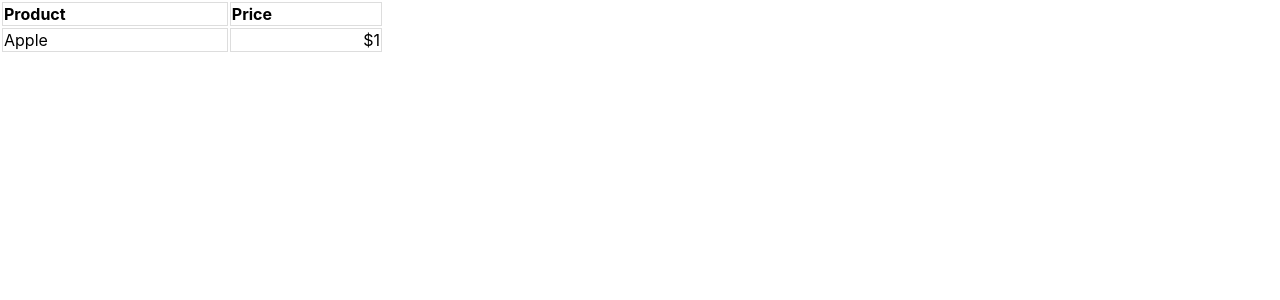
Repository: mariocapitbrok/reactjs-learn
Page: / (app in 05_filtered-data-table/)
The author's editor kept a copy of each file at every save. The page is drawn from the files as they stood at one save, then again after the next save.
The browser window is 1280 px wide. The pictures show the whole page.
The project was rebuilt for these pictures with package versions that can differ from the ones it lists, and the page was loaded fresh each time.

Above is the page before, as saved 2023-02-25 20:46:43.

### 05_filtered-data-table/src/App.js
import ProductRow from './components/ProductRow'
import './App.css'

function App() {
  return (
    <div className="App">
      <ProductRow />
    </div>
  )
}

export default App

### 05_filtered-data-table/src/components/ProductRow.jsx
import styled from 'styled-components'
import '../App.css'

function ProductRow() {
  return (
    <Table>
      <Thead>
        <Tr>
          <Th>Product</Th>
          <Th>Price</Th>
        </Tr>
      </Thead>
      <Tbody>
        <Tr>
          <Td>{product.name}</Td>
          <TdPrice>{product.price}</TdPrice>
        </Tr>
      </Tbody>
    </Table>
  )
}

export default ProductRow

const Table = styled.table.attrs(props => ({
  id: 'products',
}))``
const Thead = styled.thead.attrs(props => ({}))``
const Tbody = styled.tbody.attrs(props => ({}))``
const Tr = styled.tr.attrs(props => ({}))``
const Th = styled.th.attrs(props => ({}))``
const Td = styled.td.attrs(props => ({}))``

const TdPrice = styled(Td).attrs({
  className: 'money-data',
})``

const product = {
  category: 'Fruits',
  price: '$1',
  stocked: true,
  name: 'Apple',
}

### 05_filtered-data-table/src/App.css

#products {
  width: 30%;
  min-width: 200px;
}

#products th {
  text-align: left;
}

#products th, #products td {
  border: 1px solid #ddd;
}

.money-data {
  text-align: right;
}

Loaded but not shown: 05_filtered-data-table/public/index.html (common file); 05_filtered-data-table/src/index.js (common file); 05_filtered-data-table/src/index.css (common file); 05_filtered-data-table/src/reportWebVitals.js (common file)

After the next save:
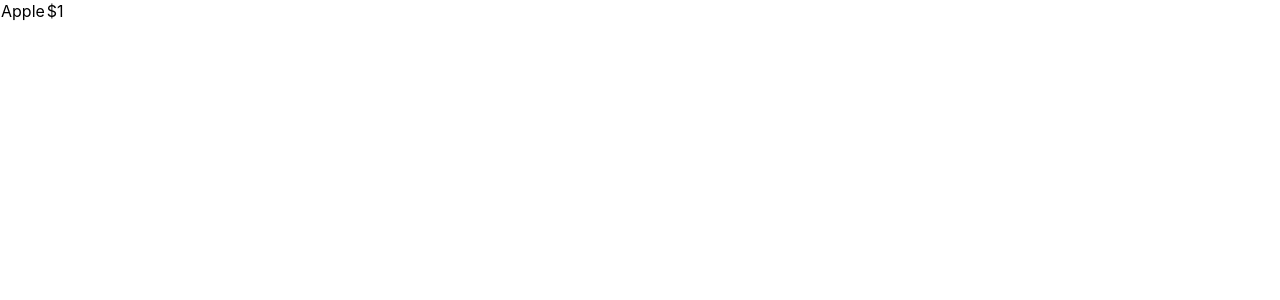
Saved 3 min 19 s later.
--- a/05_filtered-data-table/src/components/ProductRow.jsx
+++ b/05_filtered-data-table/src/components/ProductRow.jsx
@@ -3,20 +3,10 @@
 
 function ProductRow() {
   return (
-    <Table>
-      <Thead>
-        <Tr>
-          <Th>Product</Th>
-          <Th>Price</Th>
-        </Tr>
-      </Thead>
-      <Tbody>
-        <Tr>
-          <Td>{product.name}</Td>
-          <TdPrice>{product.price}</TdPrice>
-        </Tr>
-      </Tbody>
-    </Table>
+    <Tr>
+      <Td>{product.name}</Td>
+      <TdPrice>{product.price}</TdPrice>
+    </Tr>
   )
 }
 

After the 3 saves that followed:
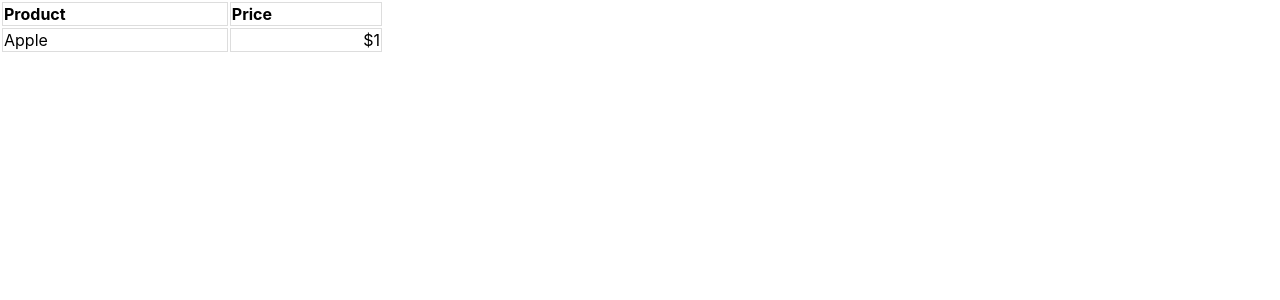
The 3 saves are shown as one change because 1 did not build or start and 1 left the picture as it was.
The last was saved 68 s later.
--- a/05_filtered-data-table/src/components/ProductRow.jsx
+++ b/05_filtered-data-table/src/components/ProductRow.jsx
@@ -3,10 +3,20 @@
 
 function ProductRow() {
   return (
-    <Tr>
-      <Td>{product.name}</Td>
-      <TdPrice>{product.price}</TdPrice>
-    </Tr>
+    <Table>
+      <Thead>
+        <Tr>
+          <Th>Product</Th>
+          <Th>Price</Th>
+        </Tr>
+      </Thead>
+      <Tbody>
+        <Tr>
+          <Td>{product.name}</Td>
+          <TdPrice>{product.price}</TdPrice>
+        </Tr>
+      </Tbody>
+    </Table>
   )
 }
 
